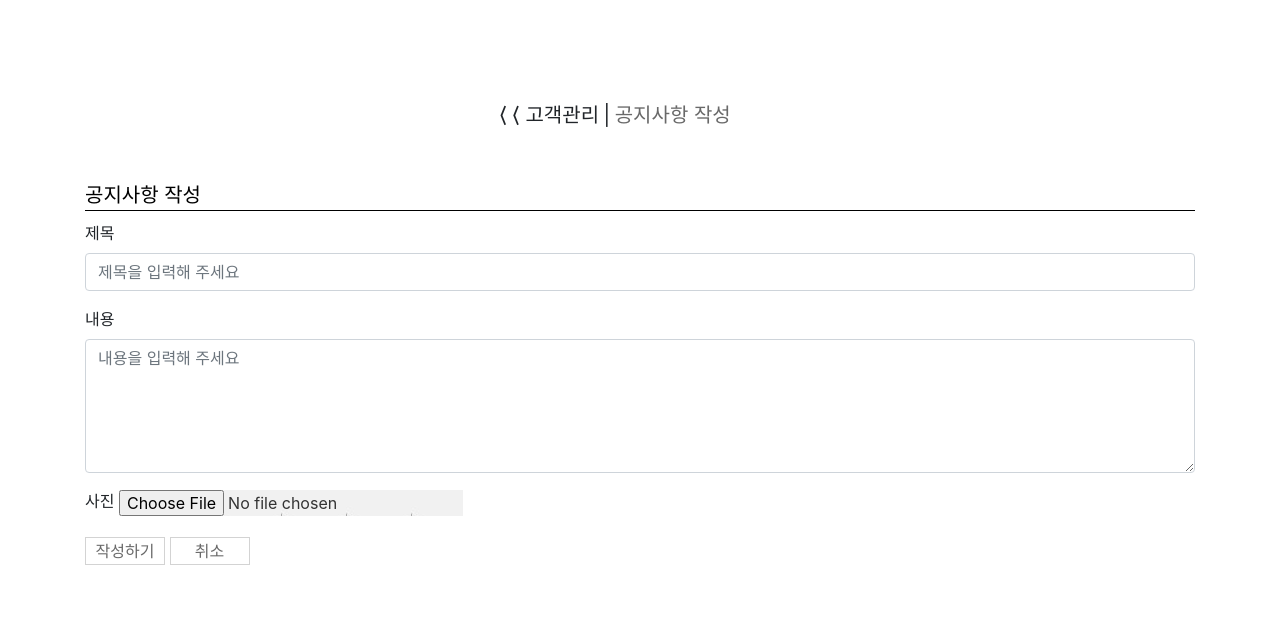
Repository: mcw9503/PassionForFashion
Page: Semi_Project/src/main/webapp/WEB-INF/createBoard.html
The author's editor kept a copy of each file at every save. The page is drawn from the files as they stood at one save, then again after the next save.
The browser window is 1280 px wide. The pictures show the whole page.
Some web libraries are served in a nearby version.

Above is the page before, as saved 2023-05-07 11:50:22.

### Semi_Project/src/main/webapp/WEB-INF/createBoard.html
<!DOCTYPE html>
<html>
<head>
<meta charset="UTF-8">
<title>Insert title here</title>
<link href="https://fonts.googleapis.com/earlyaccess/notosanskr.css"
	rel="stylesheet">
<link rel="stylesheet" href="https://stackpath.bootstrapcdn.com/bootstrap/4.2.1/css/bootstrap.min.css"
	  integrity="sha384-GJzZqFGwb1QTTN6wy59ffF1BuGJpLSa9DkKMp0DgiMDm4iYMj70gZWKYbI706tWS"
	  crossorigin="anonymous">
</head>


<style>

body {

  padding-top: 70px;
  padding-bottom: 30px;

}

.button {
	color: dimgray;
	background:white;
	border: 1px solid lightgray;
	margin-bottom: 10px;
	width: 80px;

}

.button:hover{
	color: white;
	background:black;
	border: 0.5px solid black;
}

.button:active{
	color: white;
	background:black;
	border: 0.5px solid black;
}
.input_file{
    line-height: normal;
    font-size: 100%;
    margin: 0;
    padding: 0;
    border: 0;
    background-image: url(img/filePlus.jpg);
    color: #333;
    vertical-align: middle;
    }

</style>


<body>

	<article>

		<div style="display:inline-block; margin-left: 500px; margin-bottom: 50px; margin-top: 30px; font-size: 20px;">&lang; &lang; 고객관리 </div>

			<span style="font-size: 20px;">|</span>

	 <span style="color:dimgray;font-size: 20px;">  공지사항 작성</span>

		<div class="container" role="main">

			<div style="font-weight: 200; border-bottom: 1px solid black; color: black; margin-bottom: 10px; font-size: 20px;">공지사항 작성</div>

			<form name="form" id="form" role="form" method="post" action="${pageContext.request.contextPath}/board/saveBoard">

				<div class="mb-3">

					<label for="title">제목</label>

					<input type="text" class="form-control" name="title" id="title" placeholder="제목을 입력해 주세요">

				</div>

				<div class="mb-3">

					<label for="content">내용</label>

					<textarea class="form-control" rows="5" name="content" id="content" placeholder="내용을 입력해 주세요" ></textarea>

				</div>

				<div class="mb-3">

					<label for="content">사진</label>

					<input type="file" name="Filedata[]" id="Filedata" class="input_file" onchange="uploadImage();">

				</div>

			</form>

			<div >

				<button type="button" class="button" id="Save">작성하기</button>

				<button type="button" class="button" id="btnList">취소</button>

			</div>

		</div>

	</article>

</body>

</html>

After the next save:
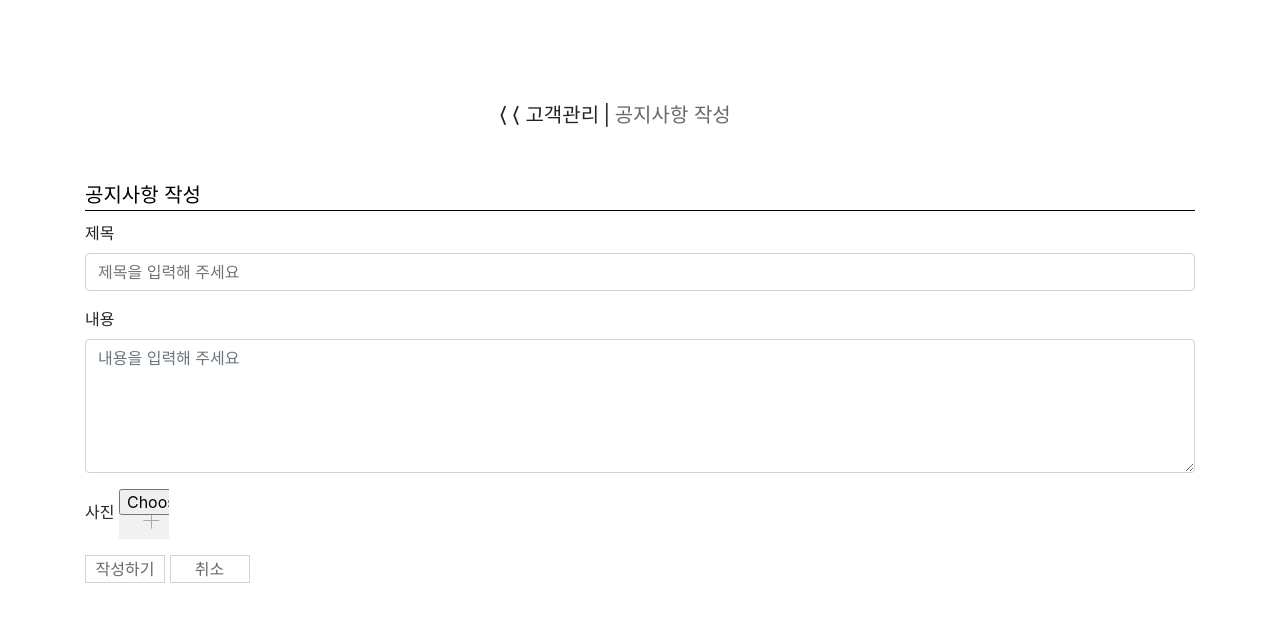
Saved 27 s later.
--- a/Semi_Project/src/main/webapp/WEB-INF/createBoard.html
+++ b/Semi_Project/src/main/webapp/WEB-INF/createBoard.html
@@ -41,6 +41,8 @@ body {
 	border: 0.5px solid black;
 }
 .input_file{
+	width:50px;
+	height:50px;
     line-height: normal;
     font-size: 100%;
     margin: 0;
